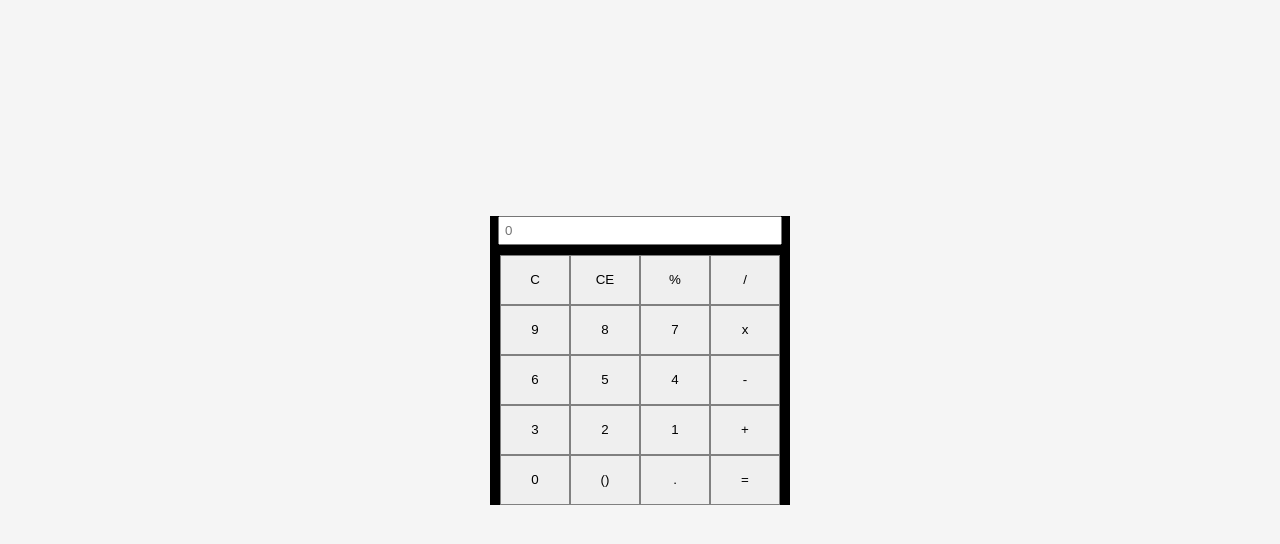
Repository: latenightsnacc/React-Projects
Page: / (app in calculator/)
The author's editor kept a copy of each file at every save. The page is drawn from the files as they stood at one save, then again after the next save.
The browser window is 1280 px wide. The pictures show the whole page.
The project was rebuilt for these pictures with package versions that can differ from the ones it lists, and the page was loaded fresh each time.

Above is the page before, as saved 2020-07-01 13:59:59.

### calculator/src/App.js
import React from 'react';
import '../src/Styles/App.scss';
import Calculator from '../src/Components/Calculator/Calculator';

function App() {
  return (
    <div className="App">
      <Calculator />
    </div>
  );
}

export default App;

### calculator/src/Styles/App.scss
.App {
    display: flex;
    flex-direction: column;
    height: 100vh;
    width: 100%;
    align-items: center;
    justify-content: center;
    background-color: whitesmoke;
}

### calculator/src/Components/Calculator/Calculator.js
import React from 'react';
import '../../Styles/Calculator.scss';
import Buttons from '../Buttons/Buttons';
import Input from '../Input/Input';

class Calculator extends React.Component {
    render() {
        return(
            <>
                <div className="Calculator">
                    <Input />
                    <Buttons />
                </div>
            </>
        )
    }
}

export default Calculator;

### calculator/src/Styles/Calculator.scss
.Calculator {
    display: flex;
    flex-direction: column;
    align-items: center;
    justify-content: center;
    background-color: black;
    width: 300px;
}

### calculator/src/Components/Buttons/Buttons.js
import React from 'react';
import '../../Styles/Buttons.scss';

class Buttons extends React.Component {
    render() {
        return (
            <>
                <div className="Buttons">
                    <button className="button">C</button>
                    <button className="button">CE</button>
                    <button className="button">%</button>
                    <button className="button">/</button>

                    <br/>

                    <button className="button">9</button>
                    <button className="button">8</button>
                    <button className="button">7</button>
                    <button className="button">x</button>

                    <br />

                    <button className="button">6</button>
                    <button className="button">5</button>
                    <button className="button">4</button>
                    <button className="button">-</button>

                    <br />

                    <button className="button">3</button>
                    <button className="button">2</button>
                    <button className="button">1</button>
                    <button className="button">+</button>

                    <br />

                    <button className="button">0</button>
                    <button className="button">()</button>
                    <button className="button">.</button>
                    <button className="button">=</button>

                </div>
            </>
        )
    }
}

export default Buttons;

### calculator/src/Components/Input/Input.js
import React from 'react';
import '../../Styles/Input.scss';

class Input extends React.Component {
    render() {
        return (
            <>
                <div className="Input">
                    <input placeholder="0" />
                </div>
            </>
        )
    }
}

export default Input;

### calculator/src/Styles/Buttons.scss
.Buttons {
    margin: 0 auto;
    .button {
        padding: 10px;
        width: 70px;
        height: 50px;
        color: black;
        border: 1px solid grey;
    }
}

### calculator/src/Styles/Input.scss
.Input {
   display: flex;
   justify-content: center;
   width: 300px;
    input {
        width: 270px;
        margin-bottom: 10px;
        padding: 5px;


        &:focus {
            outline-color: whitesmoke;
        }
    }
}

Loaded but not shown: calculator/public/index.html (common file); calculator/src/index.js (common file); calculator/src/index.css (common file); calculator/src/serviceWorker.js (common file)

After the next save:
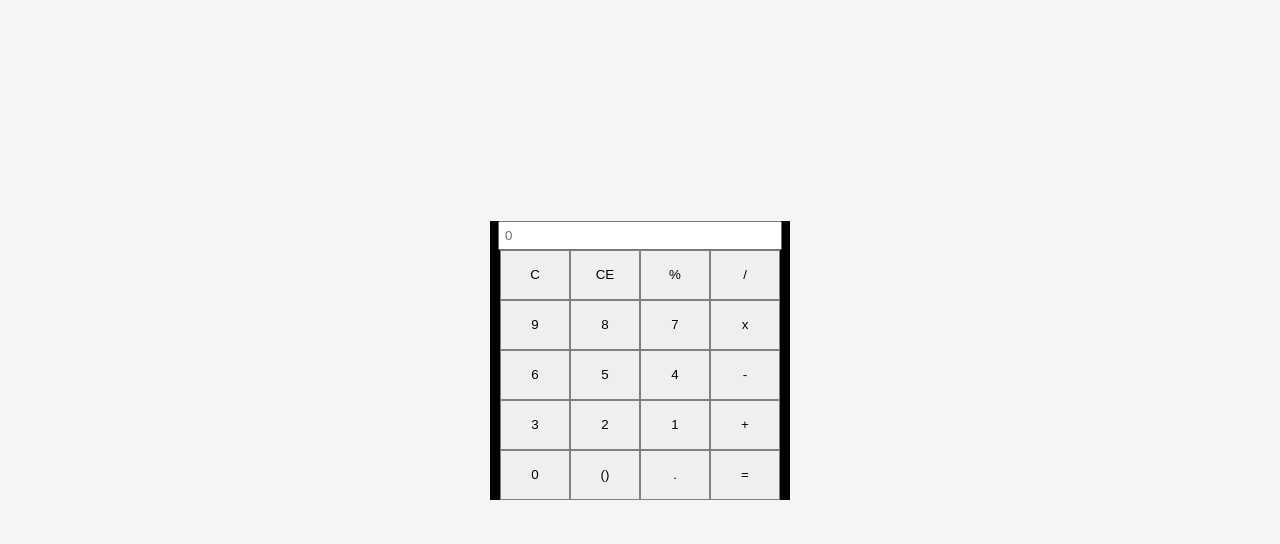
Saved 8 s later.
--- a/calculator/src/Styles/Input.scss
+++ b/calculator/src/Styles/Input.scss
@@ -4,7 +4,6 @@
    width: 300px;
     input {
         width: 270px;
-        margin-bottom: 10px;
         padding: 5px;
 
 
